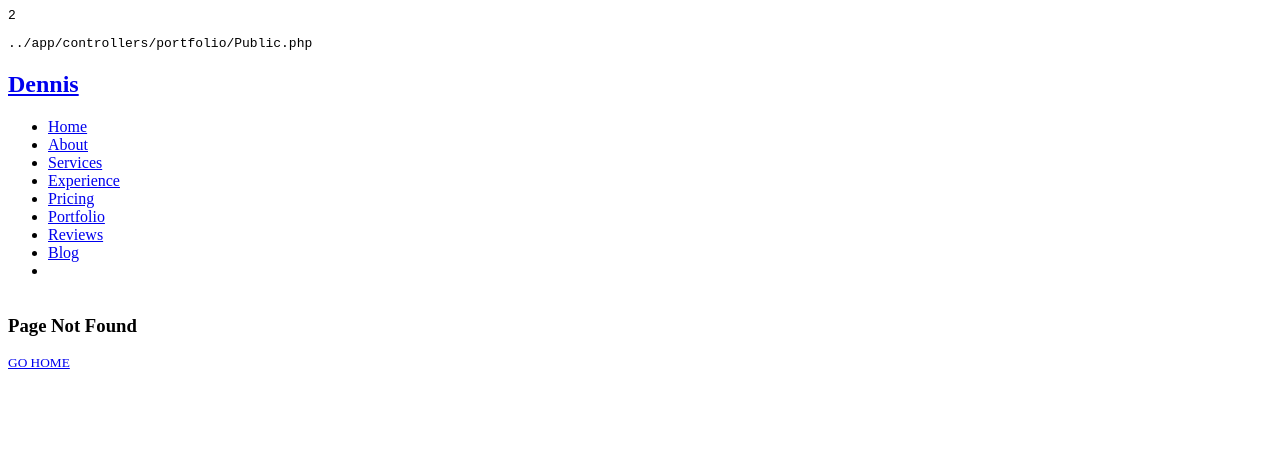
Repository: Teeticode/project_manager_tool
Page: http://localhost/portfolio/public
An editor plug-in stored every save of this project. The page is shown before and after the next save, followed by the edit.
The browser window is 1280 px wide. The pictures show the whole page.
Some icons come from a web library that is not loaded, so they are not drawn. The page is run by PHP 8.4 with error messages shown; the project is at /var/www/html/.

Above is the page before, as saved 2022-09-07 15:49:13.
Console error: SyntaxError: Unexpected token '<'

After the next save:
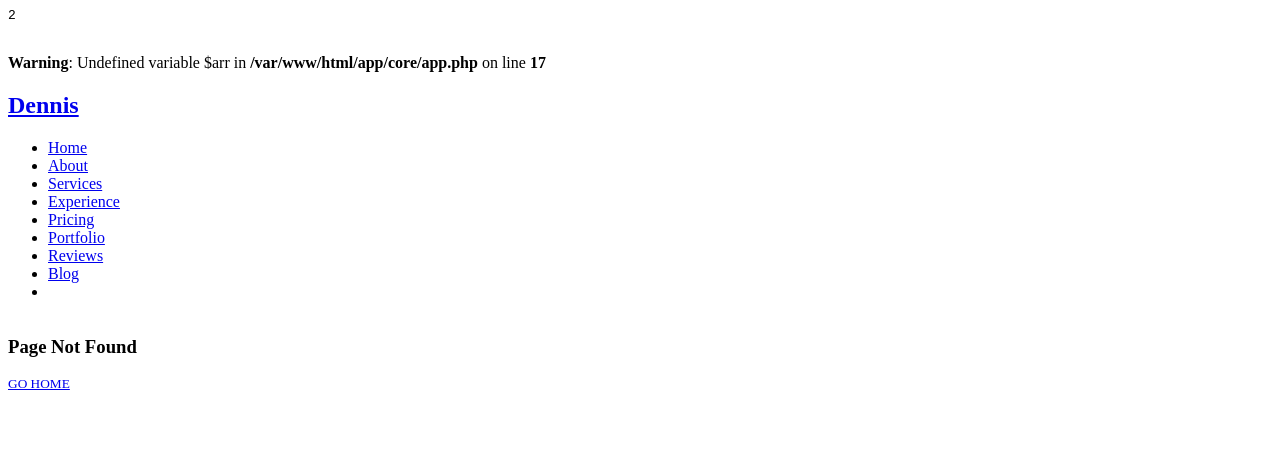
Saved 21 min 49 s later.
--- a/app/core/app.php
+++ b/app/core/app.php
@@ -14,7 +14,7 @@
         }else{
             $filename = "../app/controllers/".ucfirst($url[0]).".php";
         }
-        show($filename);
+        show($arr);
 
         if(file_exists($filename))
         {

After the save that followed:
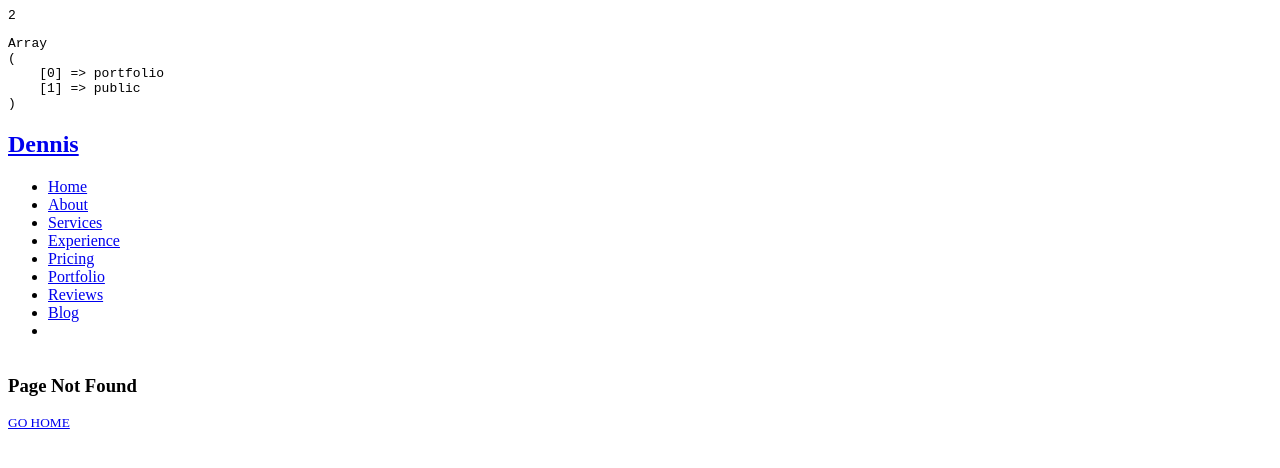
Saved 13 s later.
--- a/app/core/app.php
+++ b/app/core/app.php
@@ -14,7 +14,7 @@
         }else{
             $filename = "../app/controllers/".ucfirst($url[0]).".php";
         }
-        show($arr);
+        show($url);
 
         if(file_exists($filename))
         {
